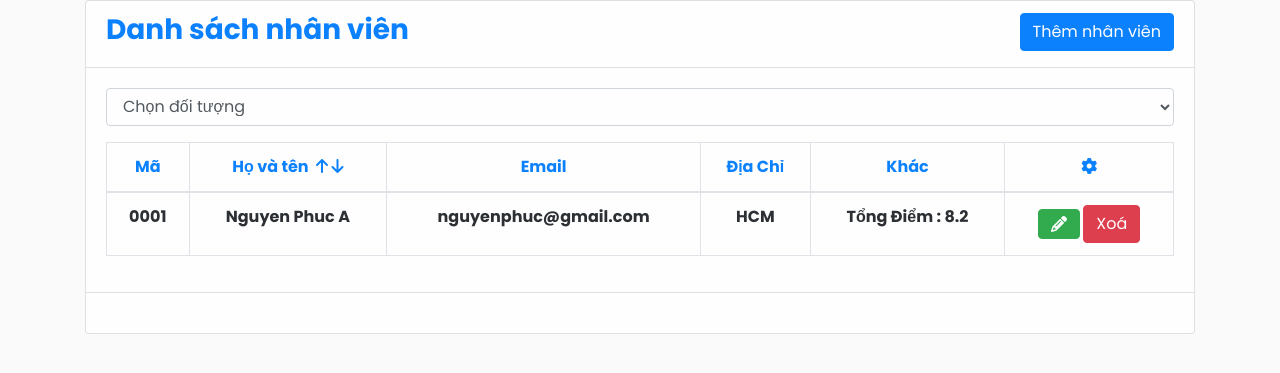
Repository: maitan0705/es6_oop
Page: index.html
An editor plug-in stored every save of this project. The page is shown before and after the next save, followed by the edit.
The browser window is 1280 px wide. The pictures show the whole page.
Some web fonts or font styles are not loaded; a fallback is used.

Above is the page before, as saved 2023-04-12 17:15:20.

After the next save:
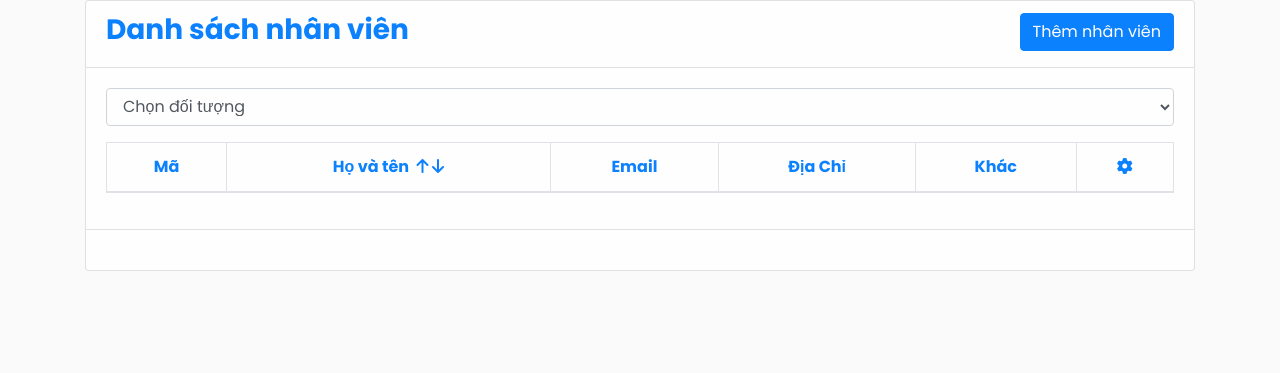
Console error: TypeError: list is not iterable
Saved 23 s later.
--- a/models/ListPerson.js
+++ b/models/ListPerson.js
@@ -46,7 +46,7 @@
   renderTable(selectorTbody, list) {
     let htmlString = "";
     let string = "";
-    for (let user of this.danhSach) {
+    for (let user of list) {
       switch (user.class) {
         case "student":
           var person = new Student();

After the save that followed:
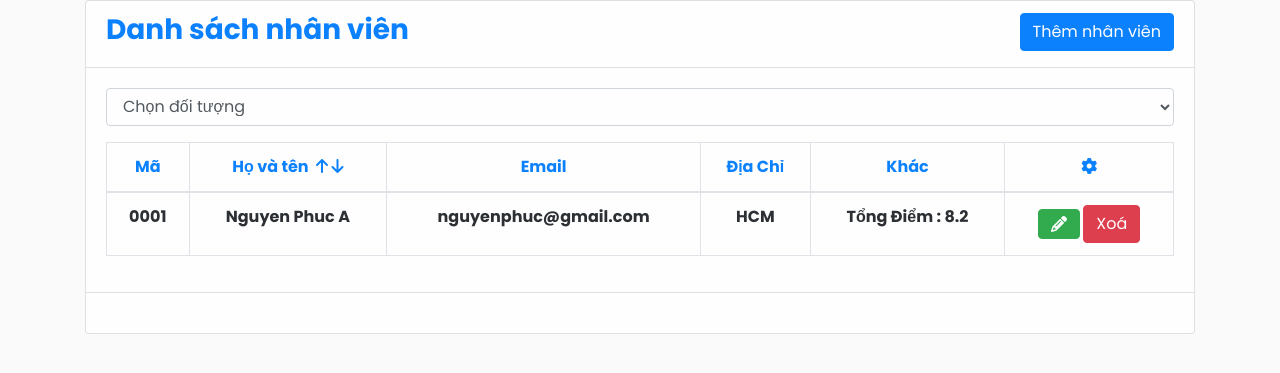
The error is gone.
Saved 6 s later.
--- a/models/ListPerson.js
+++ b/models/ListPerson.js
@@ -43,7 +43,7 @@
     document.querySelector(selectorTbody).innerHTML = htmlString;
     return htmlString;
   }
-  renderTable(selectorTbody, list) {
+  renderTableUser(selectorTbody, list) {
     let htmlString = "";
     let string = "";
     for (let user of list) {
